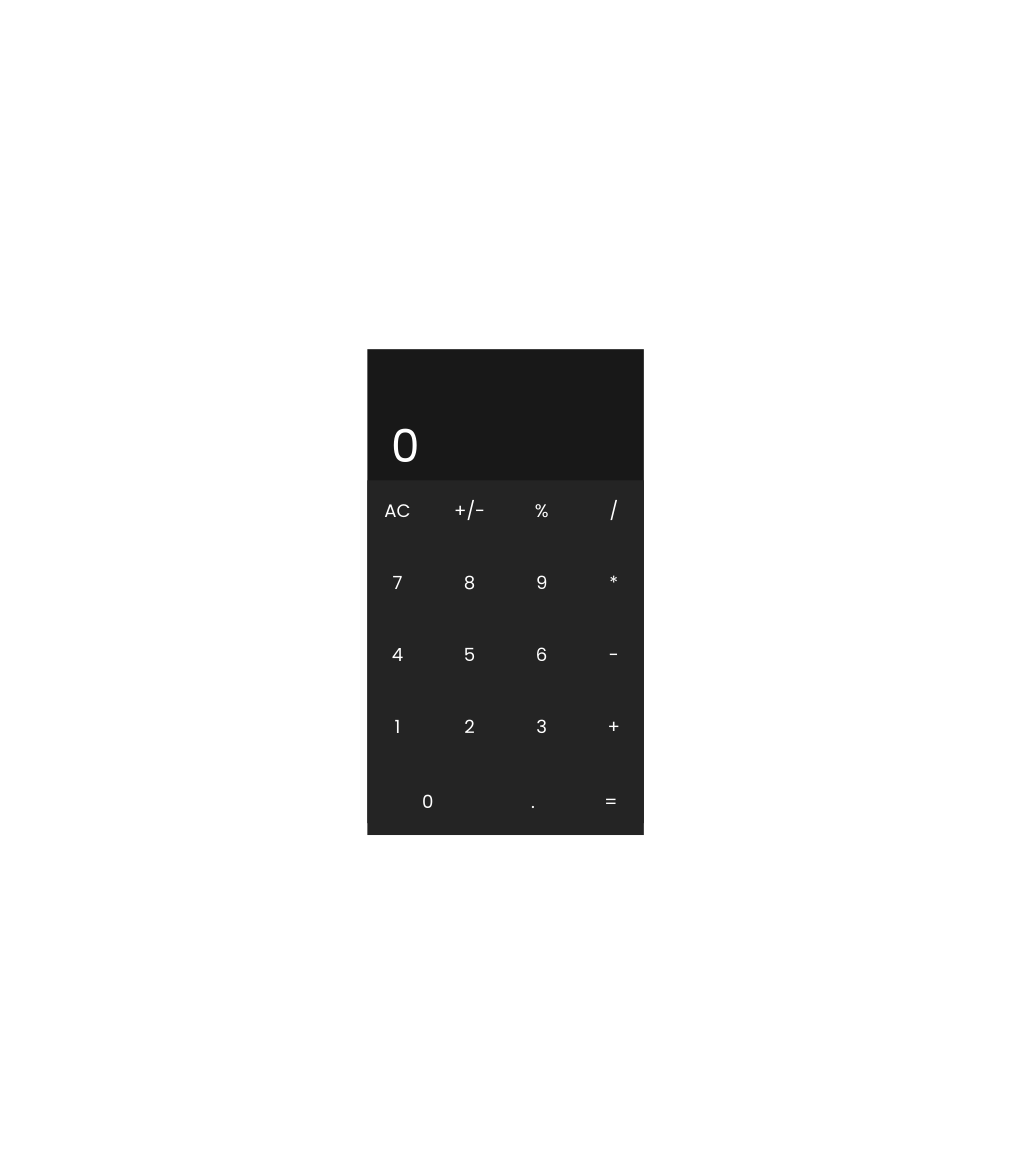
Repository: minhtien9/Calculator
Page: /
These files come from the project's save history. The page is drawn as it stood at one moment and after the next save; the edit follows.
The browser window is 1280 px wide. The pictures show the whole page, at 79% of full size.
The project was rebuilt for these pictures with package versions that can differ from the ones it lists, and the page was loaded fresh each time. Also part of the build but not shown: src/App.css.

Above is the page before, as saved 2022-07-21 18:45:10.

### src/index.js
import React from "react";
import ReactDOM from "react-dom/client";
import App from "./App";

const root = ReactDOM.createRoot(document.getElementById("root"));
root.render(
    <React.StrictMode>
        <App />
    </React.StrictMode>
);

// If you want to start measuring performance in your app, pass a function
// to log results (for example: reportWebVitals(console.log))
// or send to an analytics endpoint. Learn more: https://bit.ly/CRA-vitals

### src/App.js
import "./App.css";
import Caculator from "./Components/Caculator";

function App() {
    return (
        <div className='App'>
            <Caculator />
        </div>
    );
}

export default App;

### src/Components/Caculator.jsx
import React from "react";
import "./Caculator.scss";

const Caculator = () => {
    return (
        <div className='caculator'>
            <section className='monitor'>
                <p className='out-put'>0</p>
            </section>

            <section className='keyboard'>
                <div className='keyboard-row'>
                    <button className='one-block'>AC</button>
                    <button className='one-block'> +/- </button>
                    <button className='one-block'> % </button>
                    <button className='one-block'>/</button>
                </div>

                <div className='keyboard-row'>
                    <button className='one-block'>7</button>
                    <button className='one-block'>8</button>
                    <button className='one-block'>9</button>
                    <button className='one-block'>*</button>
                </div>

                <div className='keyboard-row'>
                    <button className='one-block'>4</button>
                    <button className='one-block'>5</button>
                    <button className='one-block'>6</button>
                    <button className='one-block'>-</button>
                </div>

                <div className='keyboard-row'>
                    <button className='one-block'>1</button>
                    <button className='one-block'>2</button>
                    <button className='one-block'>3</button>
                    <button className='one-block'>+</button>
                </div>

                <div className='keyboard-row'>
                    <button className='two-block'>0</button>
                    <button className='one-block'> .</button>
                    <button className='one-block'> =</button>
                </div>
            </section>
        </div>
    );
};

export default Caculator;

### src/Components/Caculator.scss
@import url("https://fonts.googleapis.com/css2?family=Poppins:ital,wght@0,100;0,200;0,300;0,400;0,500;0,600;0,700;0,800;0,900;1,100;1,200;1,300;1,400;1,500;1,600;1,700;1,800;1,900&display=swap");

* {
    font-family: "Poppins";
    font-size: 23px;
    color: white;
}

button {
    border: none;
    background: none;
}

.caculator {
    width: 350px;
    height: 600px;
    margin: 35% auto;
    background-color: rgb(24, 24, 24);
    display: flex;
    flex-direction: column;
}

.monitor {
    .out-put {
        margin: 80px 30px 0px;
        font-size: 2.5rem;
    }
}

.keyboard {
    display: flex;
    flex-direction: column;
    background: rgb(36, 36, 36);
    gap: 15px;
}

.keyboard-row {
    display: flex;
    gap: 15px;
    .one-block {
        width: 25%;
        aspect-ratio: 1/1;
    }

    .two-block {
        width: calc(50% - 15px);
        aspect-ratio: 2/1;
    }
}

Loaded but not shown: public/index.html (common file)

After the next save:
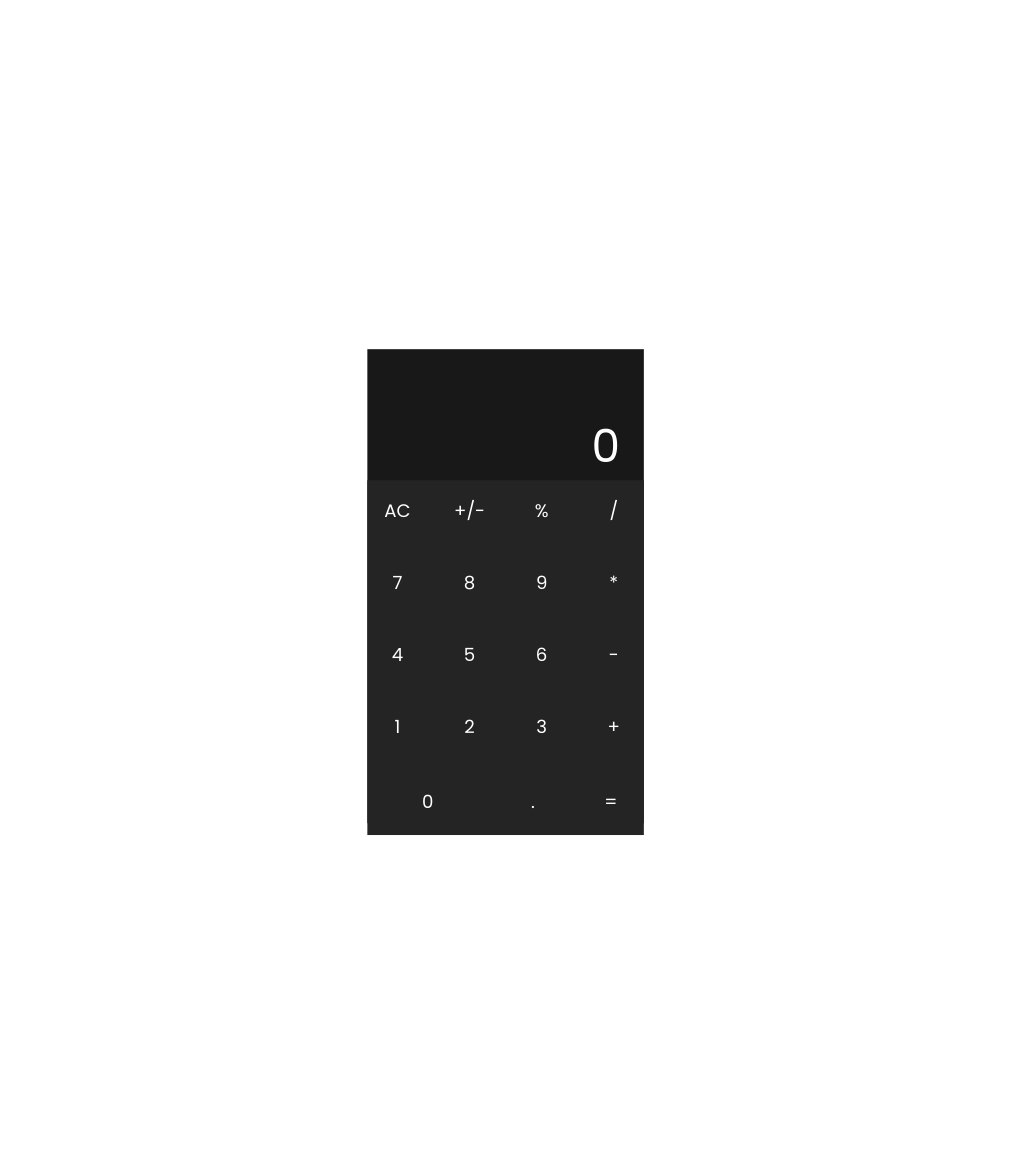
Saved 16 s later.
--- a/src/Components/Caculator.scss
+++ b/src/Components/Caculator.scss
@@ -24,6 +24,7 @@ button {
     .out-put {
         margin: 80px 30px 0px;
         font-size: 2.5rem;
+        text-align: right;
     }
 }
 
